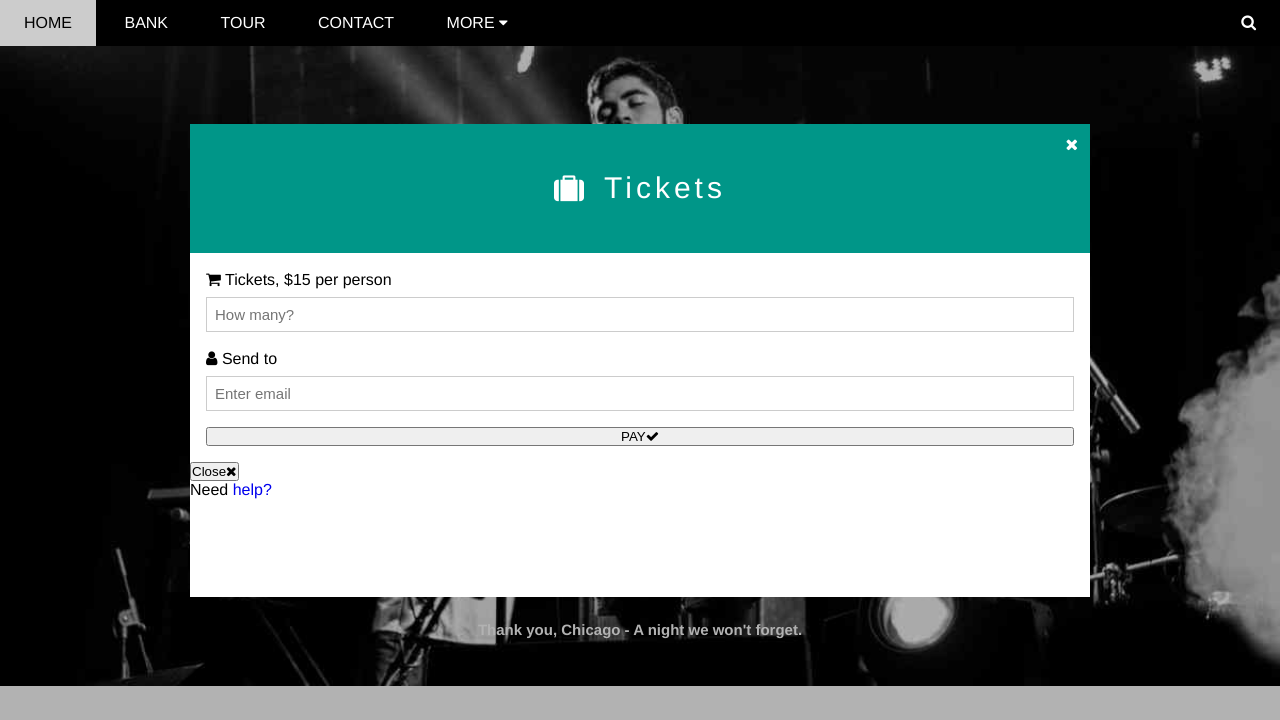
Repository: vuongtm1999/TheBand_W3School
Page: index.html
These files come from the project's save history. The page is drawn as it stood at one moment and after the next save; the edit follows.
The browser window is 1280 px wide. The pictures show the window.
A layer covers the whole window, so only the first screen is drawn.

Above is the page before, as saved 2022-08-27 15:52:35.

After the next save:
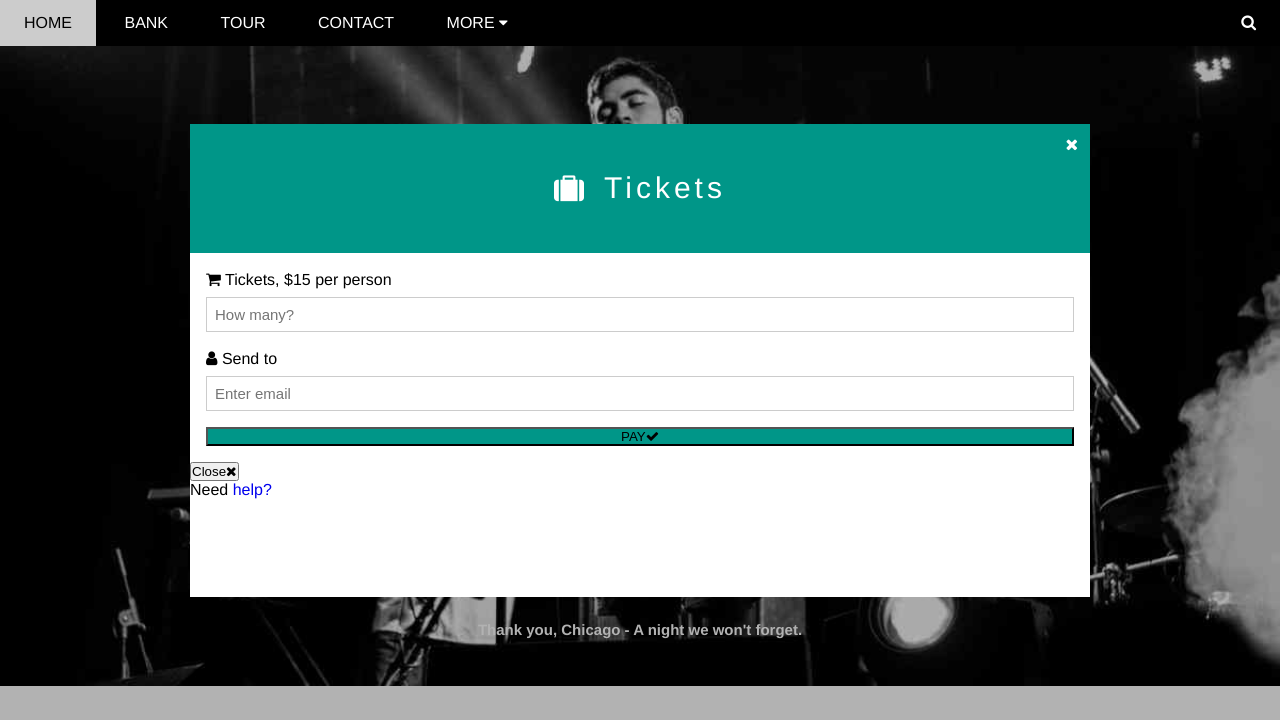
Saved 67 s later.
--- a/assets/css/style.css
+++ b/assets/css/style.css
@@ -380,6 +380,7 @@ a{
 .btn-pay{
     margin: 16px 0;
     width: 100%;
+    background-color: #009688;
 }
 
 
